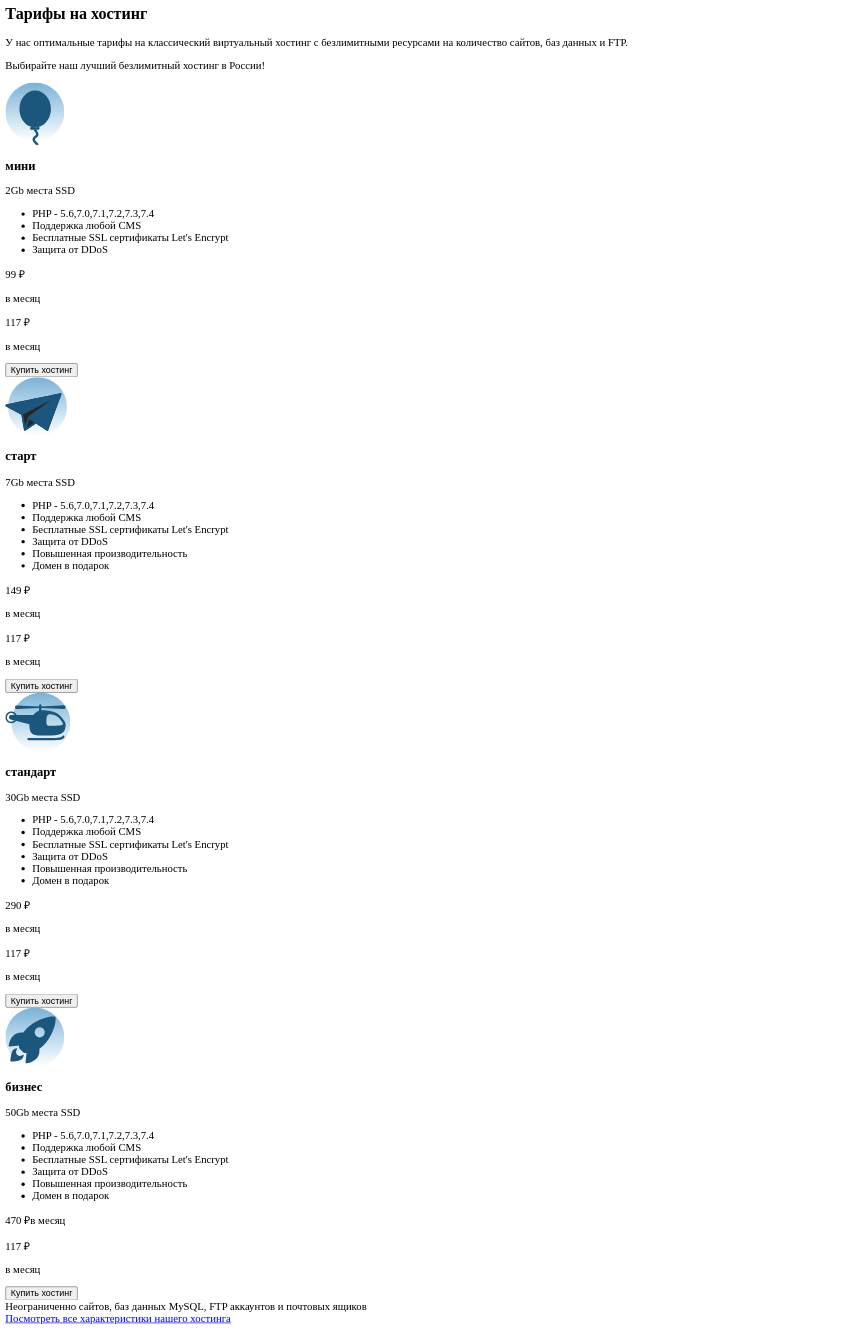
Repository: Inzhir2022/hosting
Page: src/_includes/_tariffs.html
The author's editor kept a copy of each file at every save. The page is drawn from the files as they stood at one save, then again after the next save.
The browser window is 1280 px wide. The pictures show the whole page, at 67% of full size.

Above is the page before, as saved 2022-07-19 09:56:42.

### src/_includes/_tariffs.html
<section class="tariffs">
  <div class="container">
    <h2 class="tariffs__title">Тарифы на хостинг</h2>
    <div class="tariffs__text">
      <p>У нас оптимальные тарифы на классический виртуальный хостинг с безлимитными ресурсами на количество сайтов, баз данных и FTP.</p>
      <p>Выбирайте наш лучший <span class="tariffs__text_bold"> безлимитный</span> хостинг в России!</p>
    </div>
    <div class="card tariffs__card mini">
      <div class="card__header">
        <img src="../img/tariffs/tariffs_mini.svg" alt="icon">
        <h3 class="card__title">мини</h3>

      </div>
      <div class="card__body">
        <div class="card__subheader">2Gb места SSD </div>
        <ul class="card__list">
          <li class="card__item">PHP - 5.6,7.0,7.1,7.2,7.3,7.4</li>
          <li class="card__item">Поддержка любой CMS</li>
          <li class="card__item">Бесплатные SSL сертификаты Let's Encrypt</li>
          <li class="card__item">Защита от DDoS</li>
        </ul>
        <div class="card__footer">
          <div class="card__price">
            <div class="new-price">
              <div class="new-price-bg"></div>
              99 ₽ <p class="minitext">в месяц</p>
            </div>
            <div class="old-price">117 ₽ <p class="minitext">в месяц</p>
            </div>
          </div>
          <button class="btn card__btn">Купить хостинг</button>
        </div>
      </div>
    </div>
    <div class="card tariffs__card start">
      <div class="card__header">
        <img src="../img/tariffs/tariffs_start.svg" alt="icon">
        <h3 class="card__title">старт</h3>

      </div>
      <div class="card__body">
        <div class="card__subheader">7Gb места SSD</div>
        <ul class="card__list">
          <li class="card__item">PHP - 5.6,7.0,7.1,7.2,7.3,7.4</li>
          <li class="card__item">Поддержка любой CMS</li>
          <li class="card__item">Бесплатные SSL сертификаты Let's Encrypt</li>
          <li class="card__item">Защита от DDoS</li>
          <li class="card__item">Повышенная производительность</li>
          <li class="card__item">Домен в подарок</li>
        </ul>
        <div class="card__footer">
          <div class="card__price">
            <div class="new-price">
              <div class="new-price-bg"></div>
              149 ₽ <p class="minitext">в месяц</p>
            </div>
            <div class="old-price">117 ₽ <p class="minitext">в месяц</p>
            </div>
          </div>
          <button class="btn card__btn">Купить хостинг</button>
        </div>
      </div>
    </div>
    <div class="card tariffs__card standart">
      <div class="card__header">
        <img src="../img/tariffs/tariffs_standart.svg" alt="icon">
        <h3 class="card__title">стандарт</h3>

      </div>
      <div class="card__body">
        <div class="card__subheader">30Gb места SSD</div>
        <ul class="card__list">
          <li class="card__item">PHP - 5.6,7.0,7.1,7.2,7.3,7.4</li>
          <li class="card__item">Поддержка любой CMS</li>
          <li class="card__item">Бесплатные SSL сертификаты Let's Encrypt</li>
          <li class="card__item">Защита от DDoS</li>
          <li class="card__item">Повышенная производительность</li>
          <li class="card__item">Домен в подарок</li>
        </ul>
        <div class="card__footer">
          <div class="card__price">
            <div class="new-price">
              <div class="new-price-bg"></div>
              290 ₽<p class="minitext">в месяц</p>
            </div>
            <div class="old-price">117 ₽ <p class="minitext">в месяц</p>
            </div>
          </div>
          <button class="btn card__btn">Купить хостинг</button>
        </div>
      </div>
    </div>
    <div class="card tariffs__card business">
      <div class="card__header">
        <img src="../img/tariffs/tariffs_business.svg" alt="icon">
        <h3 class="card__title">бизнес</h3>

      </div>
      <div class="card__body">
        <div class="card__subheader">50Gb места SSD</div>
        <ul class="card__list">
          <li class="card__item">PHP - 5.6,7.0,7.1,7.2,7.3,7.4</li>
          <li class="card__item">Поддержка любой CMS</li>
          <li class="card__item">Бесплатные SSL сертификаты Let's Encrypt</li>
          <li class="card__item">Защита от DDoS</li>
          <li class="card__item">Повышенная производительность</li>
          <li class="card__item">Домен в подарок</li>
        </ul>
        <div class="card__footer">
          <div class="card__price">
            <div class="new-price">
              <div class="new-price-bg"></div>
              <p class="new-price__title">470 ₽<span class="minitext">в месяц</span></p>
            </div>
            <div class="old-price">117 ₽ <p class="minitext">в месяц</p>
            </div>
          </div>
          <button class="btn card__btn">Купить хостинг</button>
        </div>
      </div>
    </div>
    <div class="card__descr">
      Неограниченно сайтов, баз данных MySQL, FTP аккаунтов и почтовых ящиков</div>
    <div class="tariffs__link-more">
      <a href="#">Посмотреть все характеристики нашего хостинга</a>
    </div>
  </div>
</section>

After the next save:
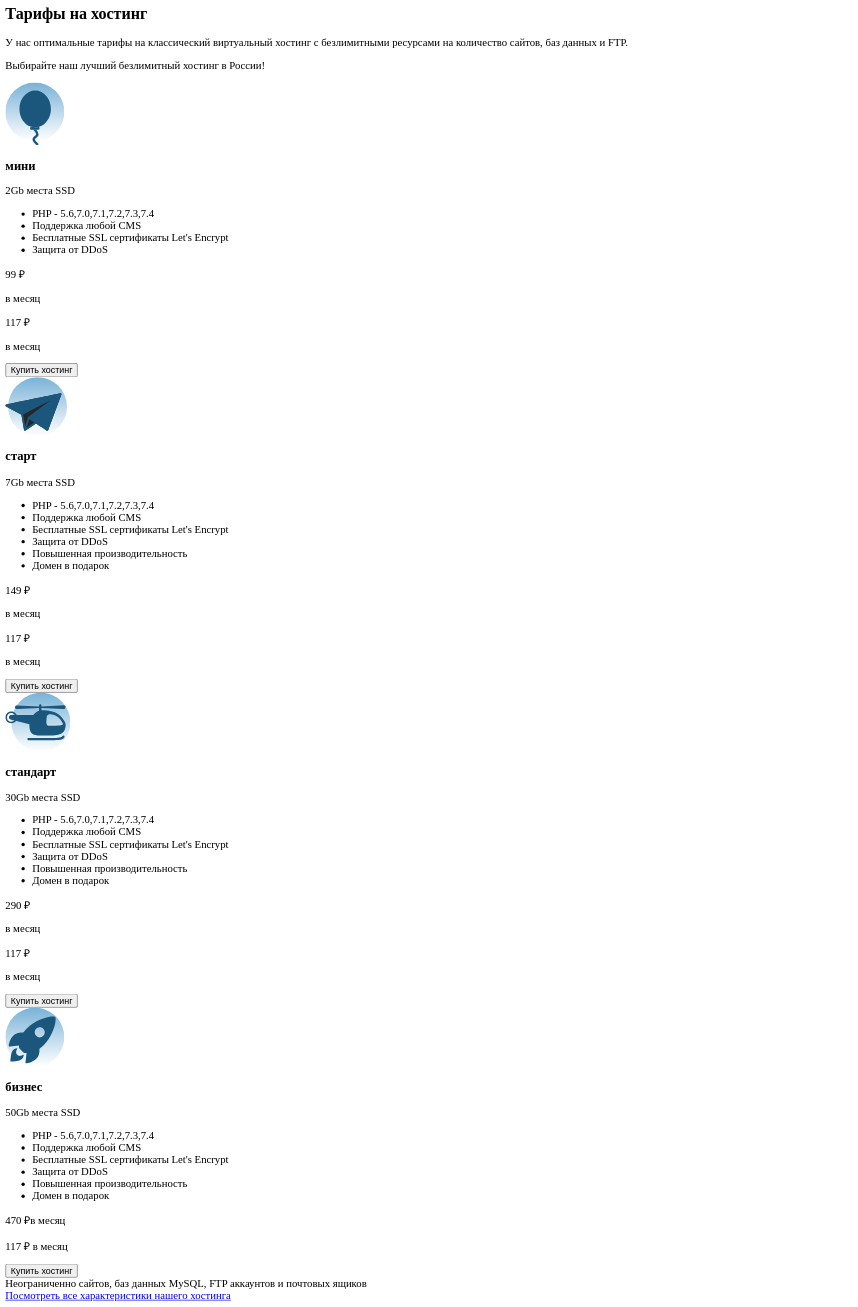
Saved 89 s later.
--- a/src/_includes/_tariffs.html
+++ b/src/_includes/_tariffs.html
@@ -112,8 +112,8 @@
               <div class="new-price-bg"></div>
               <p class="new-price__title">470 ₽<span class="minitext">в месяц</span></p>
             </div>
-            <div class="old-price">117 ₽ <p class="minitext">в месяц</p>
-            </div>
+            <p class="old-price__title">117 ₽ <span class="minitext">в месяц</span>
+            </p>
           </div>
           <button class="btn card__btn">Купить хостинг</button>
         </div>
